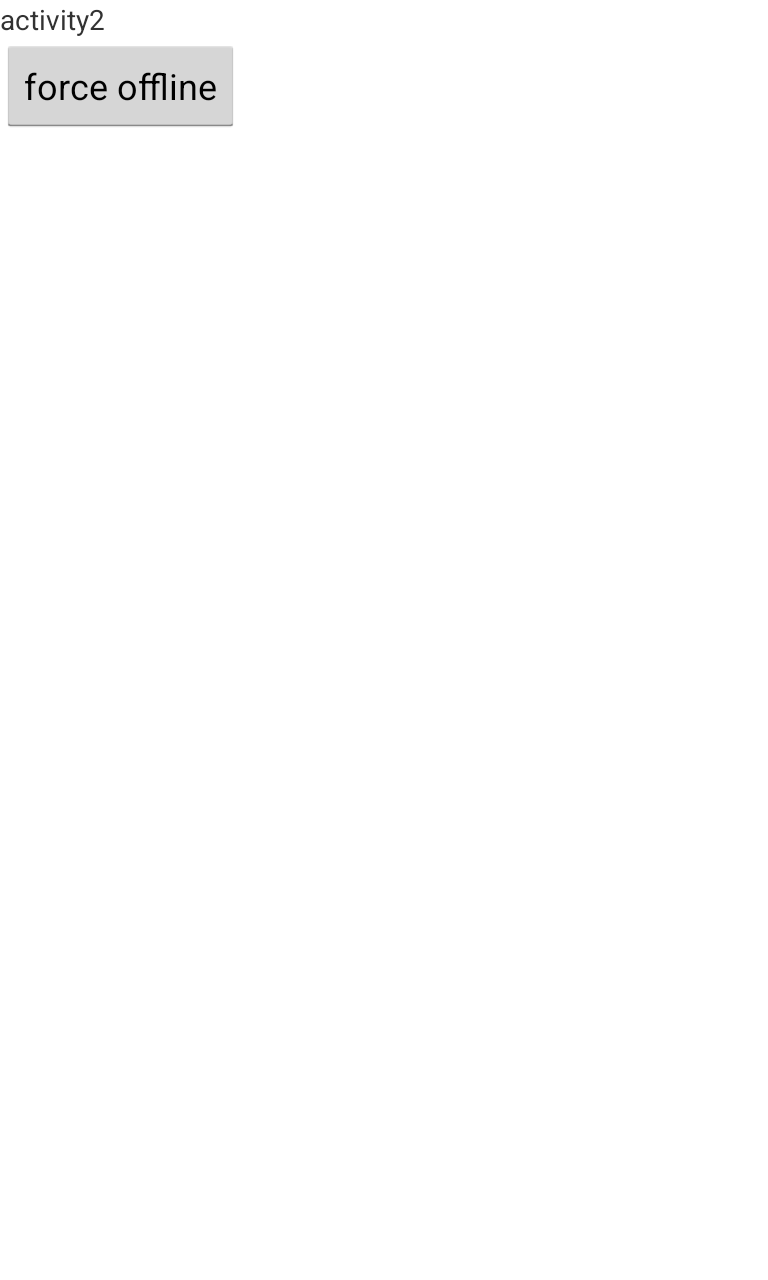
Repository: xingchenxuanfeng/MyStudyForAndroid
Layout: ForceOffline/res/layout/activity2.xml
The author's editor kept a copy of each file at every save. The layout is drawn from the files as they stood at one save, then again after the next save.
It is drawn on a 768 x 1280 px phone screen (xhdpi) without system bars, with theme AppTheme; the app's code is not run.

Above is the layout before, as saved 2015-06-14 11:50:31.

### ForceOffline/res/layout/activity2.xml
<?xml version="1.0" encoding="utf-8"?>
<LinearLayout xmlns:android="http://schemas.android.com/apk/res/android"
    android:layout_width="match_parent"
    android:layout_height="match_parent"
    android:orientation="vertical" >

    <TextView
        android:id="@+id/textView1"
        android:layout_width="wrap_content"
        android:layout_height="wrap_content"
        android:text="activity2" />

    <Button
        android:id="@+id/button1"
        android:layout_width="wrap_content"
        android:layout_height="wrap_content"
        android:text="force offline" />

</LinearLayout>

Loaded but not shown: ForceOffline/res/values/styles.xml (common file); ForceOffline/res/values-v11/styles.xml (common file); ForceOffline/res/values-v14/styles.xml (common file)

After the next save:
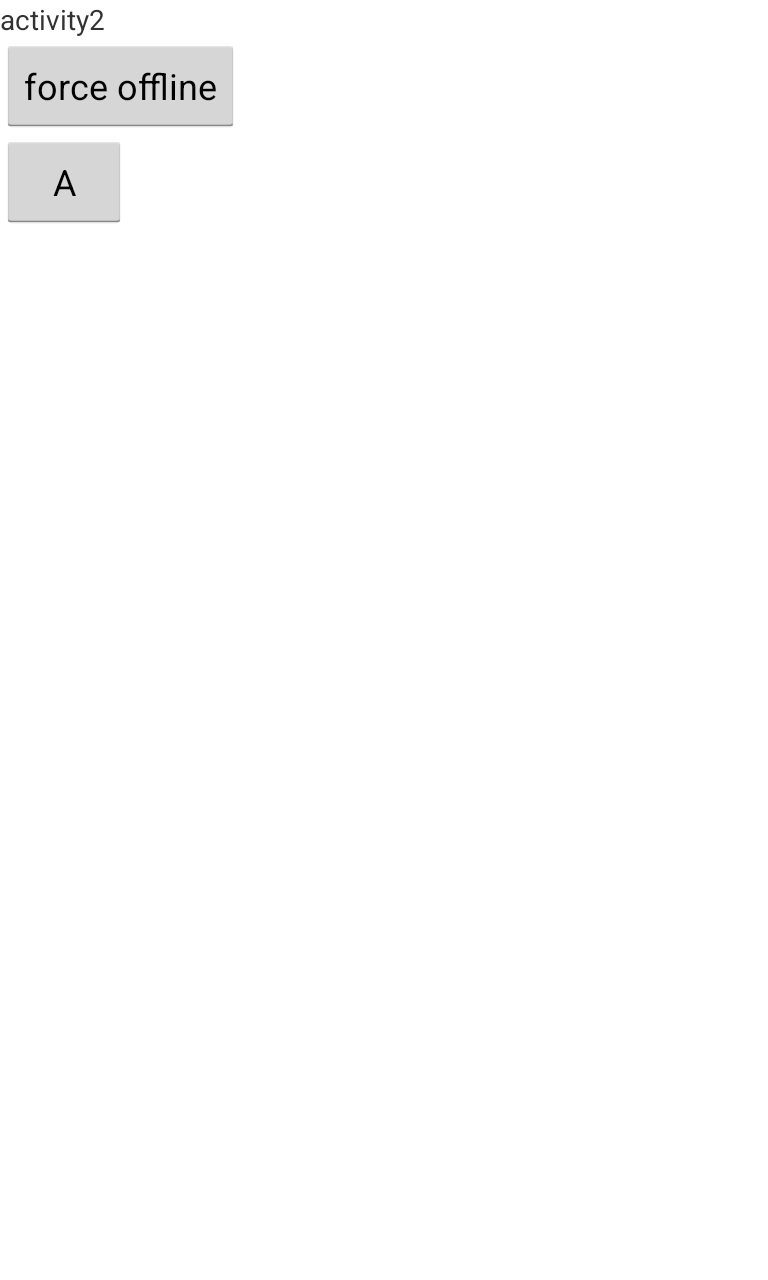
Saved 36 s later.
--- a/ForceOffline/res/layout/activity2.xml
+++ b/ForceOffline/res/layout/activity2.xml
@@ -16,4 +16,10 @@
         android:layout_height="wrap_content"
         android:text="force offline" />
 
+    <Button
+        android:id="@+id/button2"
+        android:layout_width="wrap_content"
+        android:layout_height="wrap_content"
+        android:text="A" />
+
 </LinearLayout>
